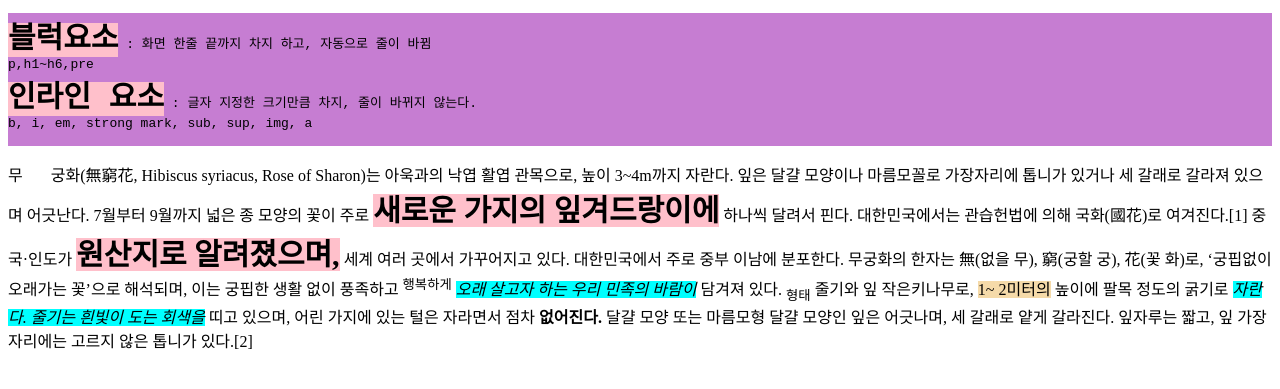
Repository: sH1222J/SH_DDit_WEB_study
Page: workspace/webpro/src/main/webapp/0304/텍스트서식.html
The author's editor kept a copy of each file at every save. The page is drawn from the files as they stood at one save, then again after the next save.
The browser window is 1280 px wide. The pictures show the whole page.

Above is the page before, as saved 2025-03-04 03:44:19.

After the next save:
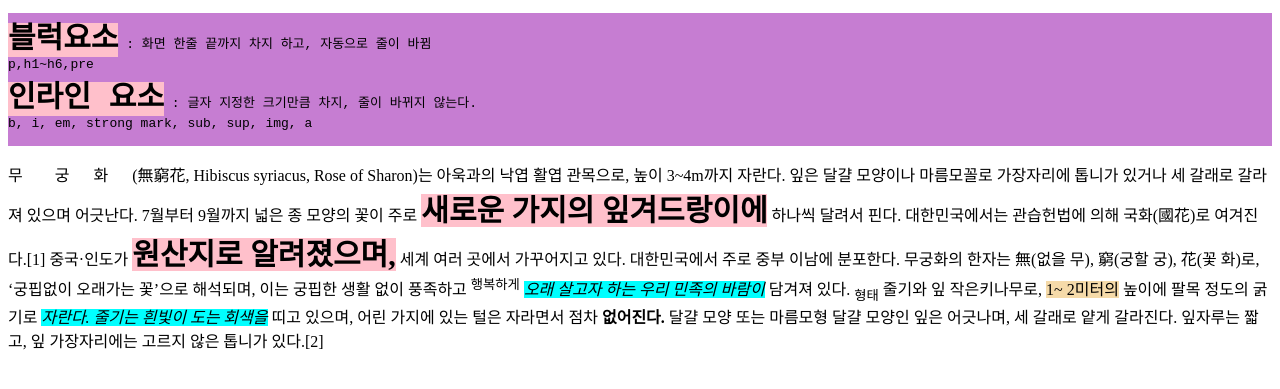
Saved 10 s later.
--- a/workspace/webpro/src/main/webapp/0304/텍스트서식.html
+++ b/workspace/webpro/src/main/webapp/0304/텍스트서식.html
@@ -40,7 +40,9 @@ b, i, em, strong mark, sub, sup, img, a
 </pre>
 
 	<p>
-		무&nbsp;&nbsp;&nbsp;&nbsp;&nbsp;&nbsp;&nbsp;궁화(無窮花, Hibiscus syriacus, Rose of Sharon)는 아욱과의 낙엽 활엽 관목으로, 높이
+		무&nbsp;&nbsp;&nbsp;&nbsp;&nbsp;&nbsp;&nbsp;
+		궁&nbsp;&nbsp;&nbsp;&nbsp;&nbsp;
+		화&nbsp;&nbsp;&nbsp;&nbsp;&nbsp;&nbsp;(無窮花, Hibiscus syriacus, Rose of Sharon)는 아욱과의 낙엽 활엽 관목으로, 높이
 		3~4m까지 자란다. 잎은 달걀 모양이나 마름모꼴로 가장자리에 톱니가 있거나 세 갈래로 갈라져 있으며 어긋난다. 7월부터
 		9월까지 넓은 종 모양의 꽃이 주로 <b>새로운 가지의 잎겨드랑이에</b> 하나씩 달려서 핀다. 대한민국에서는 관습헌법에 의해
 		국화(國花)로 여겨진다.[1] 중국·인도가 <strong>원산지로 알려졌으며,</strong> 세계 여러 곳에서 가꾸어지고
